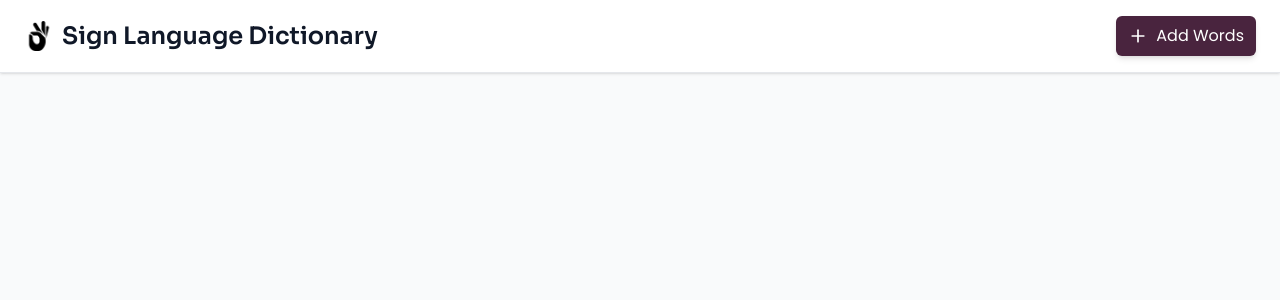
Repository: jabir12-12/sign-setu
Page: /
The author's editor kept a copy of each file at every save. The page is drawn from the files as they stood at one save, then again after the next save.
The browser window is 1280 px wide. The pictures show the whole page.
The project was rebuilt for these pictures with package versions that can differ from the ones it lists, and the page was loaded fresh each time. The framework's server and built-in components were replaced by stand-ins that run in the browser. Also part of the build but not shown: next.config.ts.

Above is the page before, as saved 2025-05-27 16:14:36.

After the next save:
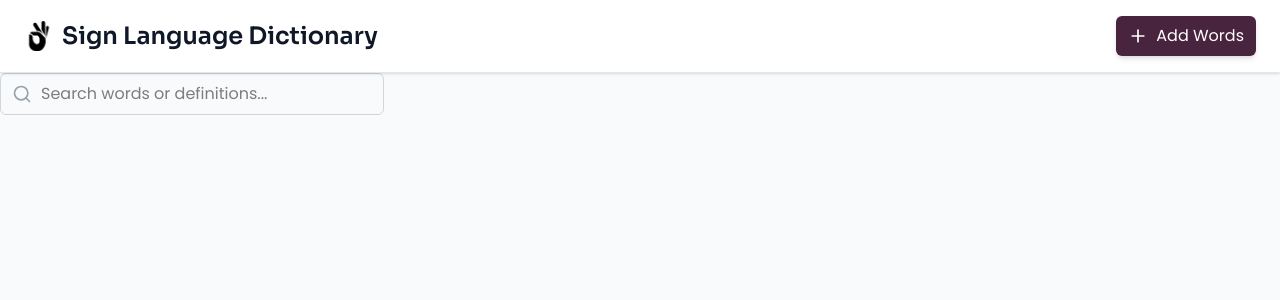
Saved 3 min 45 s later.
--- a/app/page.tsx
+++ b/app/page.tsx
@@ -1,7 +1,7 @@
 'use client';
 import React from 'react';
 import Image from 'next/image';
-import { Plus } from 'lucide-react';
+import { Plus, Search } from 'lucide-react';
 
 export default function StockDashboard() {
   return (
@@ -30,7 +30,16 @@ export default function StockDashboard() {
         </div>
       </header>
       {/* Main content */}
-
+      <div className="relative w-full max-w-sm">
+        <span className="absolute inset-y-0 left-0 pl-3 flex items-center text-gray-400">
+          <Search className="w-5 h-5" />
+        </span>
+        <input
+          type="text"
+          placeholder="Search words or definitions..."
+          className="w-full pl-10 pr-4 py-2 border border-gray-300 rounded-md focus:outline-none focus:ring-2 focus:ring-[#49243E] focus:border-[#49243E] hover:border-gray-400 transition-all duration-200"
+        />
+      </div>
     </div>
   );
 }
